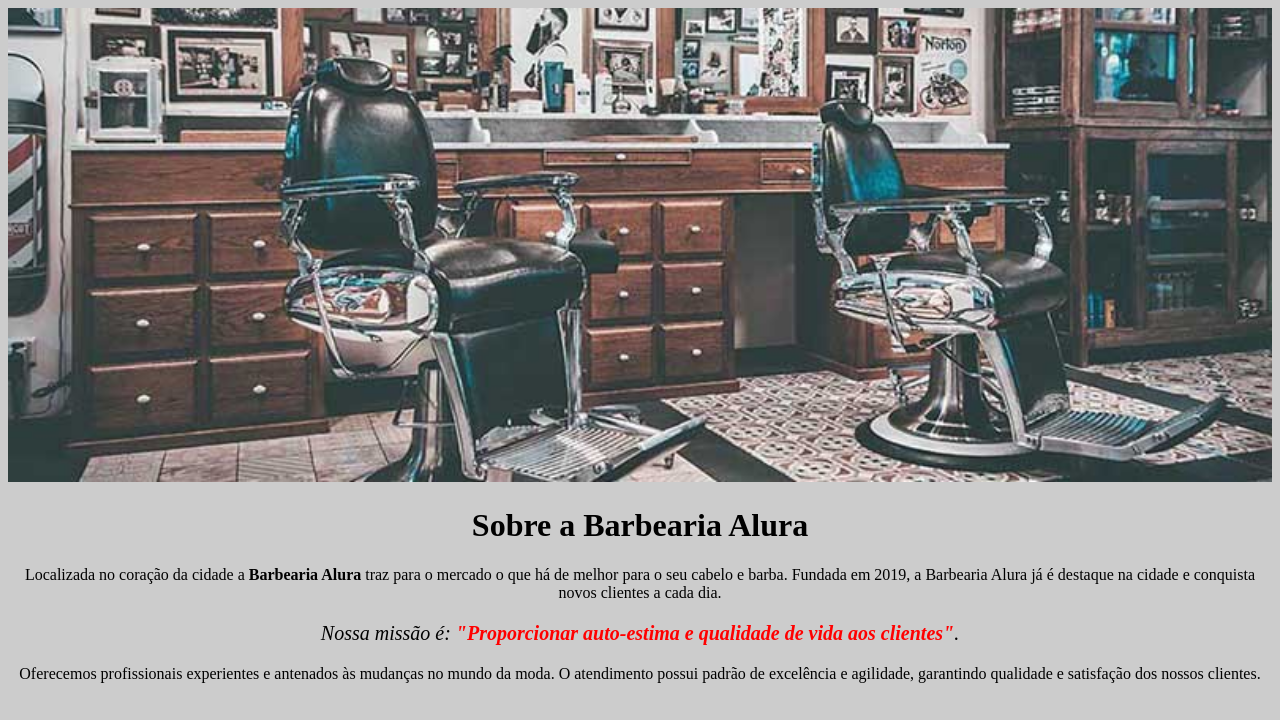
Repository: RenatoCCS/Barbearia_Alura
Page: index.html
These files come from the project's save history. The page is drawn as it stood at one moment and after the next save; the edit follows.
The browser window is 1280 px wide. The pictures show the whole page.

Above is the page before, as saved 2022-10-17 20:56:01.

After the next save:
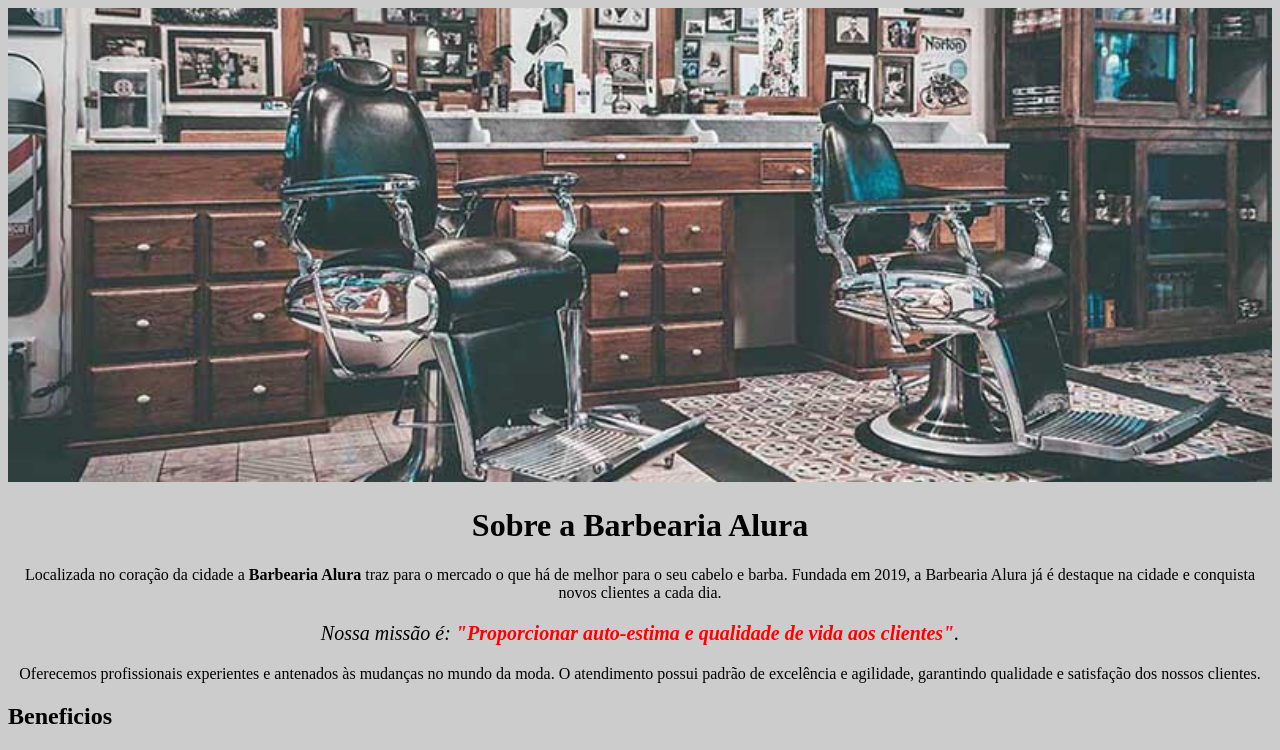
Saved 5 min 20 s later.
--- a/index.html
+++ b/index.html
@@ -33,5 +33,7 @@
       moda. O atendimento possui padrão de excelência e agilidade, garantindo
       qualidade e satisfação dos nossos clientes.
     </p>
+
+    <h2>Beneficios</h2>
   </body>
 </html>
